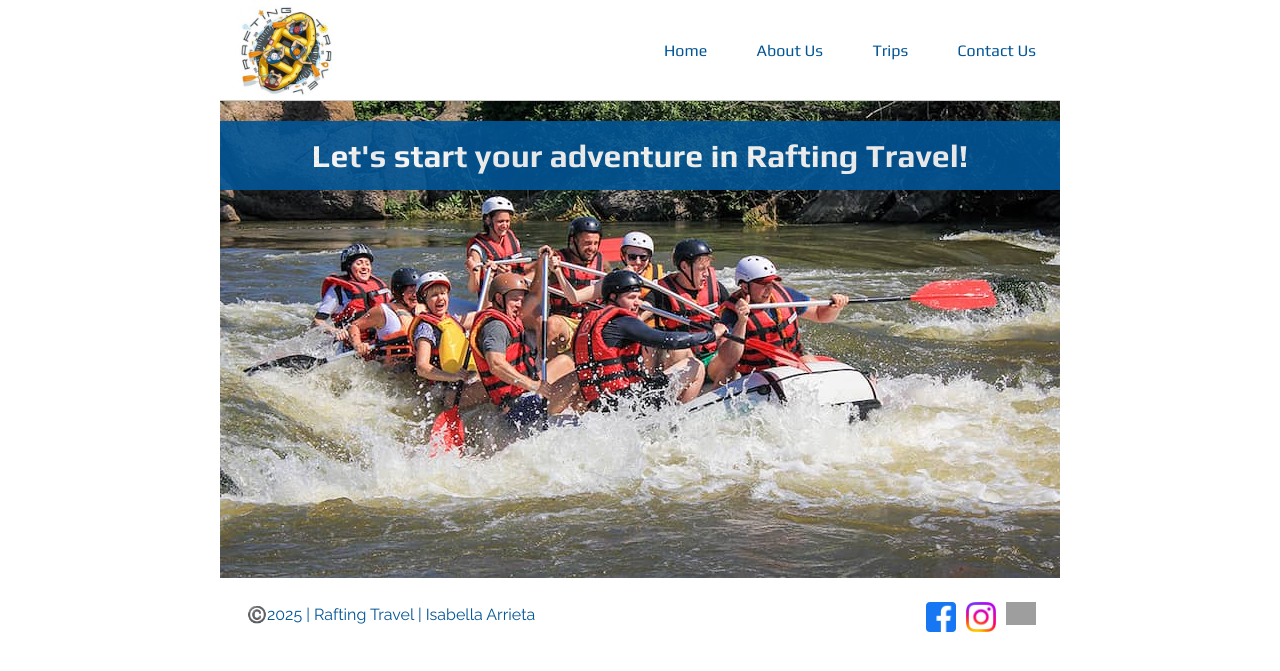
Repository: isaAJ05/wdd130
Page: wwr/index.html
The author's editor kept a copy of each file at every save. The page is drawn from the files as they stood at one save, then again after a run of saves.
The browser window is 1280 px wide. The pictures show the whole page.
Pictures or frames that could not be fetched are drawn as grey boxes.

Above is the page before, as saved 2025-06-16 20:06:54.

After the next 2 saves:
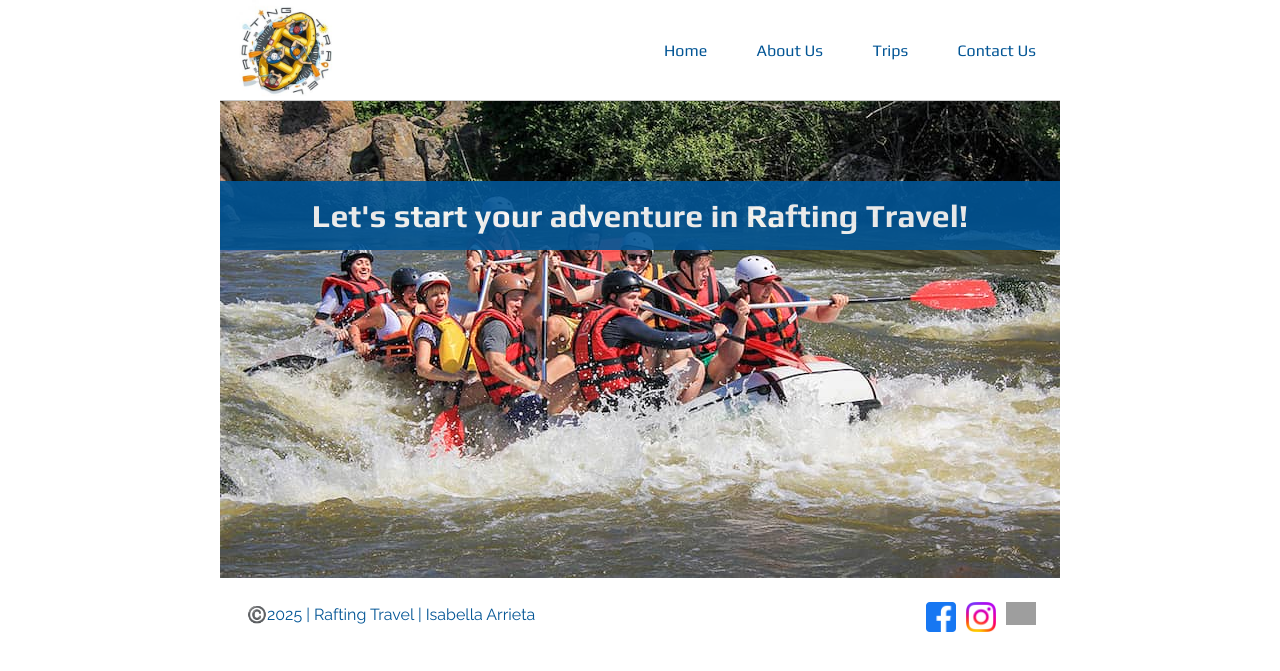
The 2 saves are shown as one change because they came seconds apart.
The last was saved 17 s later.
--- a/wwr/styles/rafting.css
+++ b/wwr/styles/rafting.css
@@ -468,11 +468,7 @@ input[type="radio"]{
 }
 .hero h1 {
 	position: absolute;
-	top: 80%;
-	color: white;
-	font-size: 2.0rem;
-	position: absolute;
-	top: 20px;
+	top: 80px;
 	width: 100%;
     padding: 16px;
     text-align: center;
